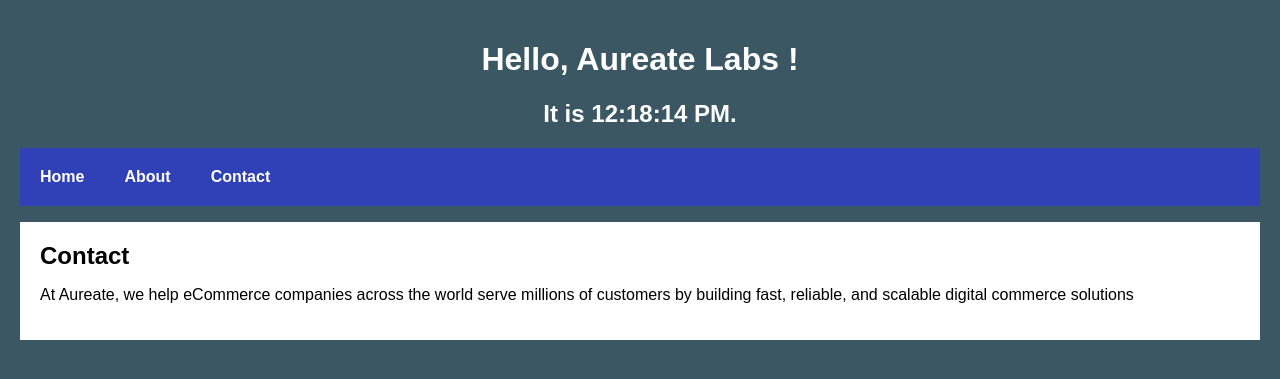
Repository: hardikaureate/React-Pages-Menu
Page: /#/contact
The author's editor kept a copy of each file at every save. The page is drawn from the files as they stood at one save, then again after a run of saves.
The browser window is 1280 px wide. The pictures show the whole page.
The project was rebuilt for these pictures with package versions that can differ from the ones it lists, and the page was loaded fresh each time. Also part of the build but not shown: src/Home.js, src/About.js.

Above is the page before, as saved 2020-10-09 15:02:24.

### src/index.js
import React from 'react';
import ReactDOM from 'react-dom';
import './index.css';
import Main from './Main';
import Clock from './Clock';

ReactDOM.render(
<React.Fragment>
<Clock name="Company" />
<Main/>
</React.Fragment>
, document.getElementById('root'));

### src/index.css
body {
    background-color: #3a5763;
    padding: 20px;
    margin: 0;
}

h1,
h2,
p,
ul,
li {
    font-family: sans-serif;
}

ul.header li {
    display: inline;
    list-style-type: none;
    margin: 0;
}

ul.header {
    background-color: #3041b7;
    padding: 0;
}

ul.header li a {
    color: #FFF;
    font-weight: bold;
    text-decoration: none;
    padding: 20px;
    display: inline-block;
}

.content {
    background-color: #FFF;
    padding: 20px;
}

.content h2 {
    padding: 0;
    margin: 0;
}

.content li {
    margin-bottom: 10px;
}

.active {
    background-color: #0099FF;
}

.common {
    text-align: center;
    color: #FFF;
}

### src/Main.js
import React, { Component } from 'react'
import {Route, Link, HashRouter} from 'react-router-dom';
import Home from './Home';
import About from './About';
import Contact from './Contact';


class Main extends Component {
        render(){
                return(
                        <HashRouter>
                        <React.Fragment>
                                <ul className="header">
                                        <li><Link exact to="/">Home</Link></li>
                                        <li><Link to="/about">About</Link></li>
                                        <li><Link to="/contact">Contact</Link></li>
                                </ul>

                                <div className="content">
                                        <Route exact path="/" component={Home} />
                                        <Route path="/about" component={About} />
                                        <Route path="/contact" component={Contact} />
                                </div>
                        </React.Fragment>
                        </HashRouter>
                )
        }
}

export default Main;

### src/Clock.js
import React, { Component } from 'react'

export default class Clock extends Component {
        constructor(props) {
                super(props);
                console.log('constructtt');
                this.state = {date: new Date()};
              }

              componentDidMount(){
                console.log('DidMount')
                      this.Tid = setInterval( () =>
                              this.tick(), 1000
                      );
              }

              componentWillUnmount() {
                      console.log('WillMount')
                      clearInterval(this.Tid)
              }

              tick(){
                //console.log('tick()method')
                      this.setState({
                              date : new Date()
                      })
              }

              render() {
                      console.log('Rendering')
                      const allname = 'Aureate Labs'
                return (
                  <div>
                    <h1 className="common">Hello, {allname} {name}!</h1>
                    <h2 className="common">It is {this.state.date.toLocaleTimeString()}.</h2>
                  </div>
                );
              }
}

### src/Contact.js
import React, { Component } from 'react'

class Contact extends Component {
        render() {
                return (
                        <div>
                        <h2>Contact</h2>
                                <p>At Aureate, we help eCommerce companies across the world serve millions of customers by building fast, reliable, and scalable digital commerce solutions</p>
                        </div>
                )
        }
}

export default Contact;

Loaded but not shown: public/index.html (common file)

After the next 4 saves:
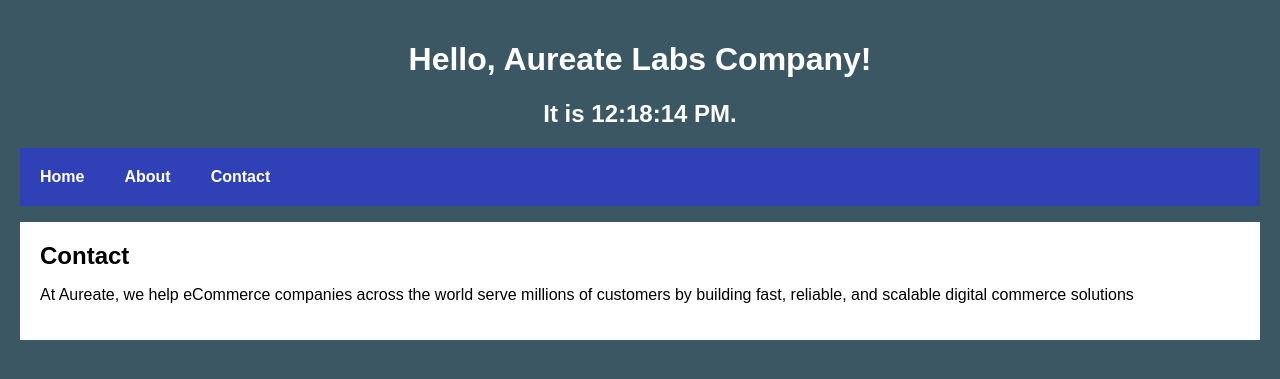
The 4 saves are shown as one change because 3 did not build or start.
The last was saved 76 s later.
--- a/src/Clock.js
+++ b/src/Clock.js
@@ -31,7 +31,7 @@
                       const allname = 'Aureate Labs'
                 return (
                   <div>
-                    <h1 className="common">Hello, {allname} {name}!</h1>
+                    <h1 className="common">Hello, {allname} {this.props.name}!</h1>
                     <h2 className="common">It is {this.state.date.toLocaleTimeString()}.</h2>
                   </div>
                 );
